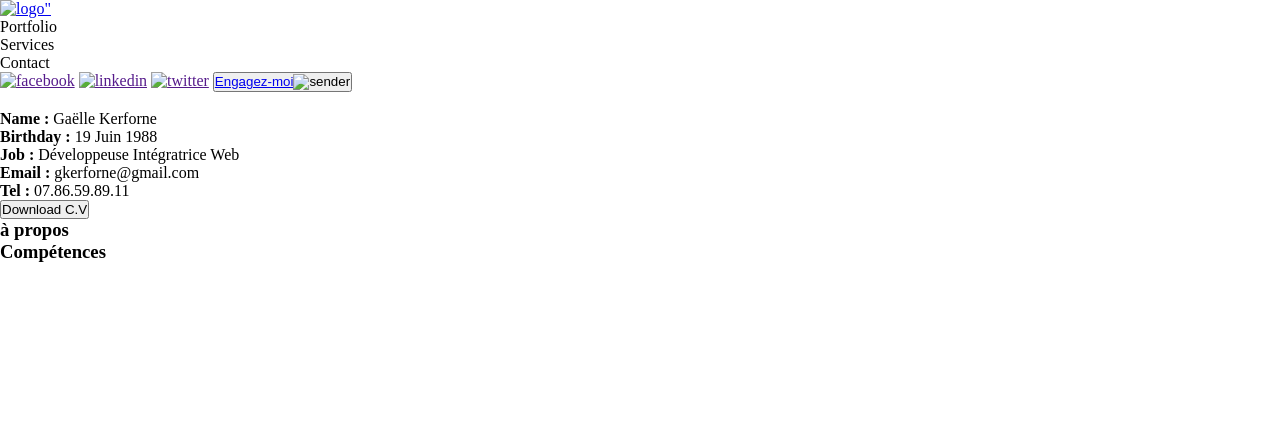
Repository: helfina/my_SiteWeb_gaelle-kfe
Page: index.html
These files come from the project's save history. The page is drawn as it stood at one moment and after the next save; the edit follows.
The browser window is 1280 px wide. The pictures show the whole page.

Above is the page before, as saved 2020-11-08 11:36:20.

### index.html
<!DOCTYPE html>
<html lang="en">
<head>
    <meta charset="UTF-8">
    <meta name="viewport" content="width=device-width, initial-scale=1.0">
    <link rel="stylesheet" href="assets/css/style.css">

    <title>Gaëlle Kerforne étudiante Freelances</title>


</head>
<body>
    <!-- ----------------------------------------------------------
                                HEADER
    ---------------------------------------------------------- -->
    <header>
        <nav>
            <a href="index.html"><img src="" alt=logo"></a>
            <ul>
                <li><a href=""></a>Portfolio</li>
                <li><a href=""></a>Services</li>
                <li><a href=""></a>Contact</li>
            </ul>
            <a href=""><img src="" alt="facebook"></a>
            <a href=""><img src="" alt="linkedin"></a>
            <a href=""><img src="" alt="twitter"></a>

            <button><a href="mailto:gkerforne@gmail.com">Engagez-moi</a><img src="" alt="sender"></button>

        </nav>
    </header>
    <main>
        <section>
            <h1></h1>
            <h2></h2>
            <img src="" alt="">
            <ul>
                <li><strong>Name : </strong> Gaëlle Kerforne</li>
                <li><strong>Birthday : </strong> 19 Juin 1988</li>
                <li><strong> Job : </strong> Développeuse Intégratrice Web</li>
                <li><a href="mailto:gkerforne@gmail.com"></a><strong>Email : </strong> gkerforne@gmail.com</li>
                <li><a href="tel:0786598911"></a><strong>Tel : </strong>07.86.59.89.11</li>
            </ul>
            <button><a href="" download=""></a>Download C.V</button>
        </section>
        <section>
            <div>
            <article>
                <h3>à propos</h3>
            </article>
        </div>
            <div>
            <article>
                <h3>Compétences</h3>
            </article>
        </div>
            <div>
                <h3></h3>
                <article>

                </article>
            </div>
            <div>
                <article>

                </article>
            </div>
        </section>
    </main>
</body>
</html>

### assets/css/style.css
/*
                    RESET CSS
*/
* {
  margin: 0;
  padding: 0;
  outline: 0;
  box-sizing: border-box;
}

body {
 background: ;
 color: ;
 -webkit-font-smoothing: antialiased;
}

body, input, button {
 font-size: ;
 font-family: ;
}

button {
 cursor: pointer;
}
/*
                   Index
*/

After the next save:
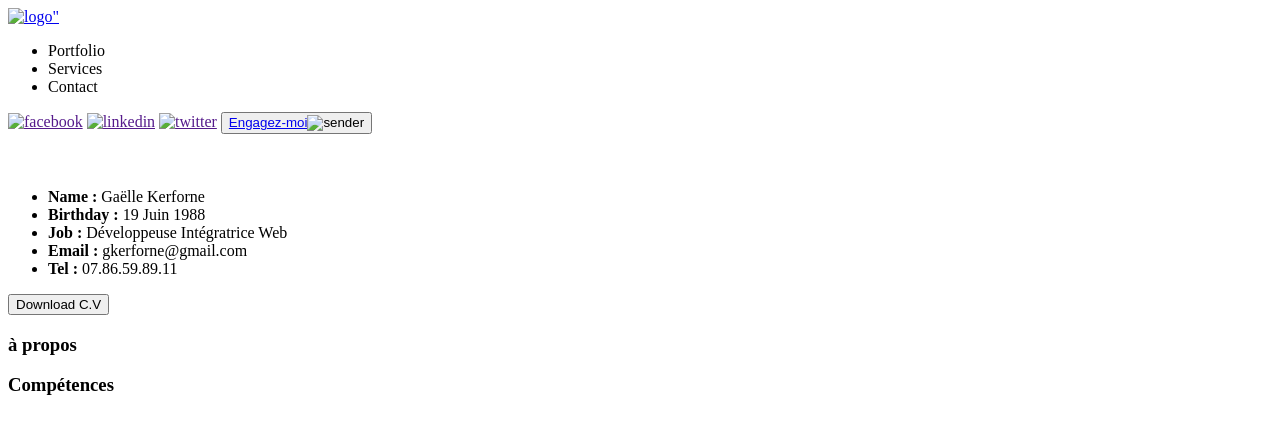
Saved 2 min 42 s later.
--- a/index.html
+++ b/index.html
@@ -3,7 +3,7 @@
 <head>
     <meta charset="UTF-8">
     <meta name="viewport" content="width=device-width, initial-scale=1.0">
-    <link rel="stylesheet" href="assets/css/style.css">
+    <link rel="stylesheet" typhref="assets/css/style.css">
 
     <title>Gaëlle Kerforne étudiante Freelances</title>
 

After the 2 saves that followed:
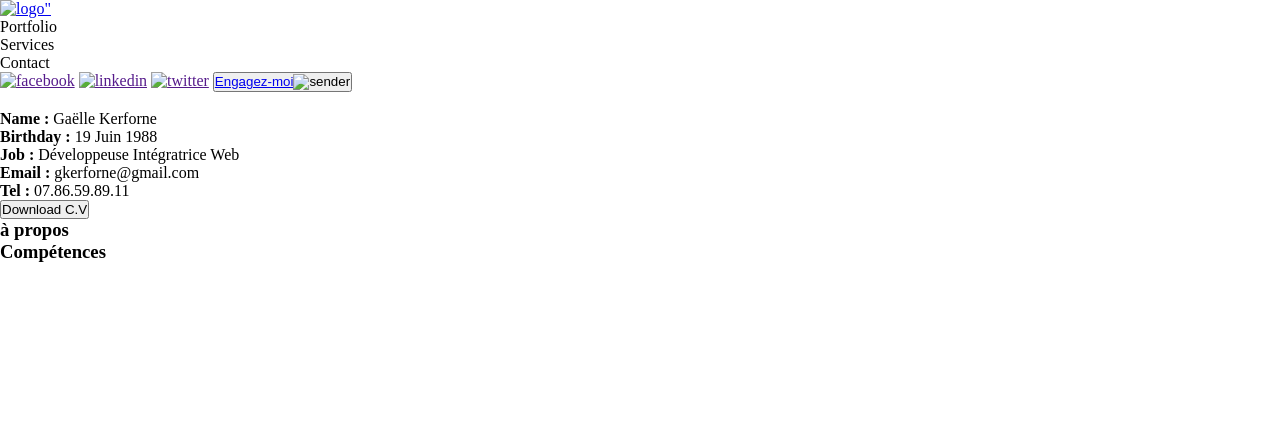
The 2 saves are shown as one change because they came seconds apart.
The last was saved 6 s later.
--- a/index.html
+++ b/index.html
@@ -3,7 +3,7 @@
 <head>
     <meta charset="UTF-8">
     <meta name="viewport" content="width=device-width, initial-scale=1.0">
-    <link rel="stylesheet" typhref="assets/css/style.css">
+    <link rel="stylesheet" href="assets/css/style.css">
 
     <title>Gaëlle Kerforne étudiante Freelances</title>
 
